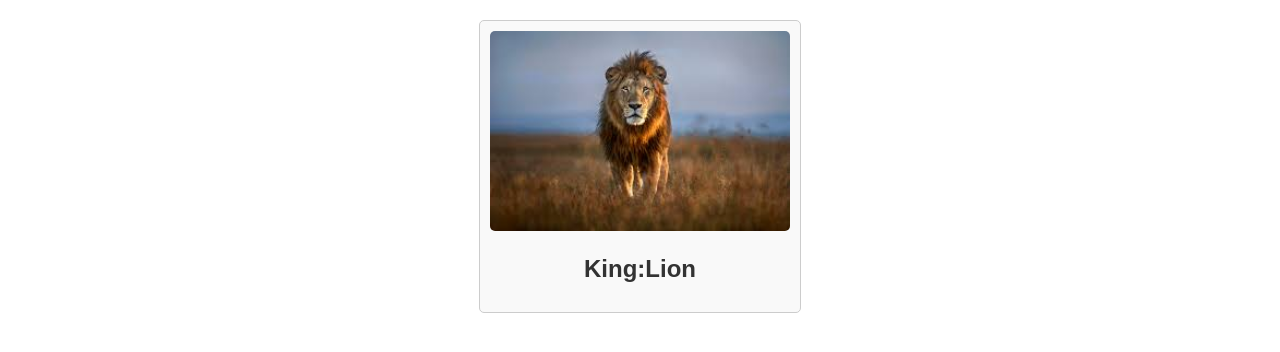
Repository: KingBoyMaylow/Animal-trading-card
Page: index.html
These files come from the project's save history. The page is drawn as it stood at one moment and after the next save; the edit follows.
The browser window is 1280 px wide. The pictures show the whole page.

Above is the page before, as saved 2024-05-13 21:40:34.

### index.html
<!DOCTYPE html>
<html lang="en">
<head>
    <meta charset="UTF-8">
    <meta name="viewport" content="width=device-width, initial-scale=1.0">
    <title>Document</title>
</head>
<body>
    <style>
    body {
        font-family: Arial, sans-serif;
        text-align: center;
    }
    .card {
        width: 300px;
        border: 1px solid #ccc;
        border-radius: 5px;
        margin: 20px auto;
        padding: 10px;
        background-color: #f9f9f9;
    }
    .card img {
        width: 100%;
        border-radius: 5px;
    }
    .card h2 {
        color: #333;
    }
    .card p {
        color: #666;
    }
</style>
</head>
<body>
    <div class="card">
        <img src="lion.jpeg" alt="Lion">
        <h2>King:Lion</h2>
    </div>
</body>
</html>

After the next save:
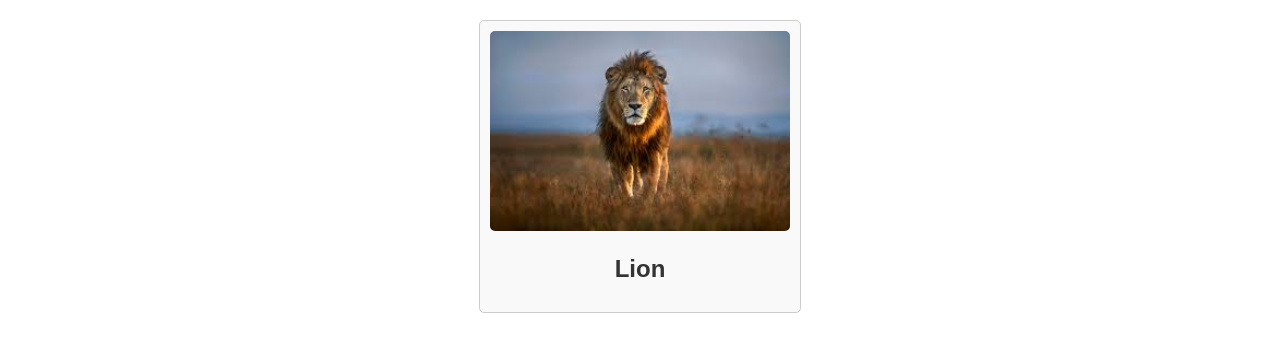
Saved 23 s later.
--- a/index.html
+++ b/index.html
@@ -34,7 +34,7 @@
 <body>
     <div class="card">
         <img src="lion.jpeg" alt="Lion">
-        <h2>King:Lion</h2>
+        <h2>Lion</h2>
     </div>
 </body>
 </html>
